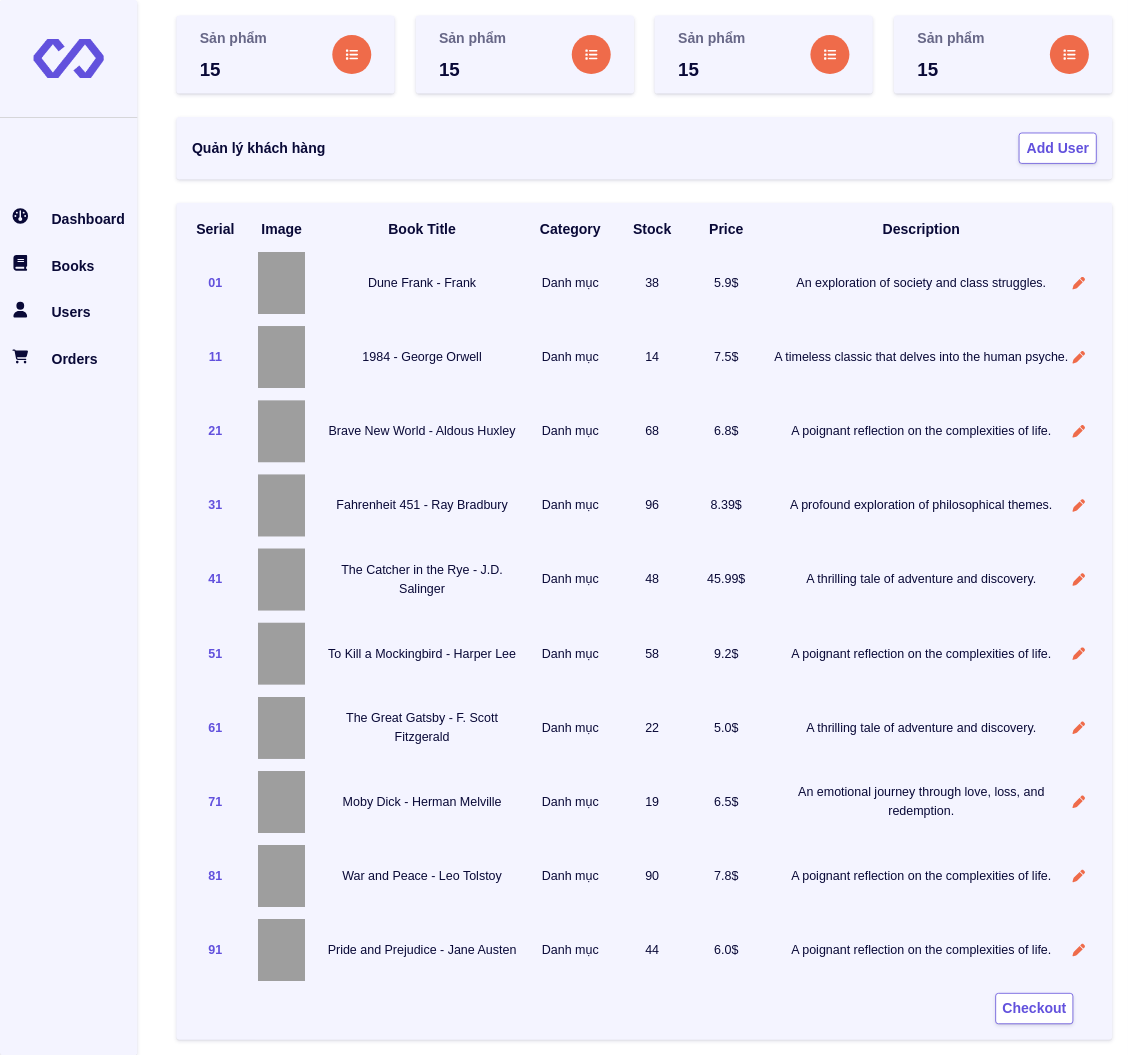
Repository: kauittt/BookStore_FE
Page: / (app in book-store/), after clicking the first element matching `svg.fa-pen`
These files come from the project's save history. The page is drawn as it stood at one moment and after the next save; the edit follows.
The browser window is 1280 px wide. The page is 1446 px wide, so the pictures cover 1446 px, including what lies to the right of the window. The pictures show the whole page, at 78% of full size.
Pictures or frames that could not be fetched are drawn as grey boxes. The project was rebuilt for these pictures with package versions that can differ from the ones it lists, and the page was loaded fresh each time. Also part of the build but not shown: book-store/vite.config.js, book-store/src/components/elements/FormInput.jsx, book-store/src/components/login-signup/Login.jsx, book-store/src/components/book/BookItem.jsx, book-store/src/components/book/BookList.jsx, book-store/src/components/elements/BackNavigation.jsx, book-store/src/components/book/BookDetail.jsx, book-store/src/components/cart/QuantitySelector.jsx and 4 more.

Above is the page before, as saved 2024-07-20 11:45:05.

After the next save:
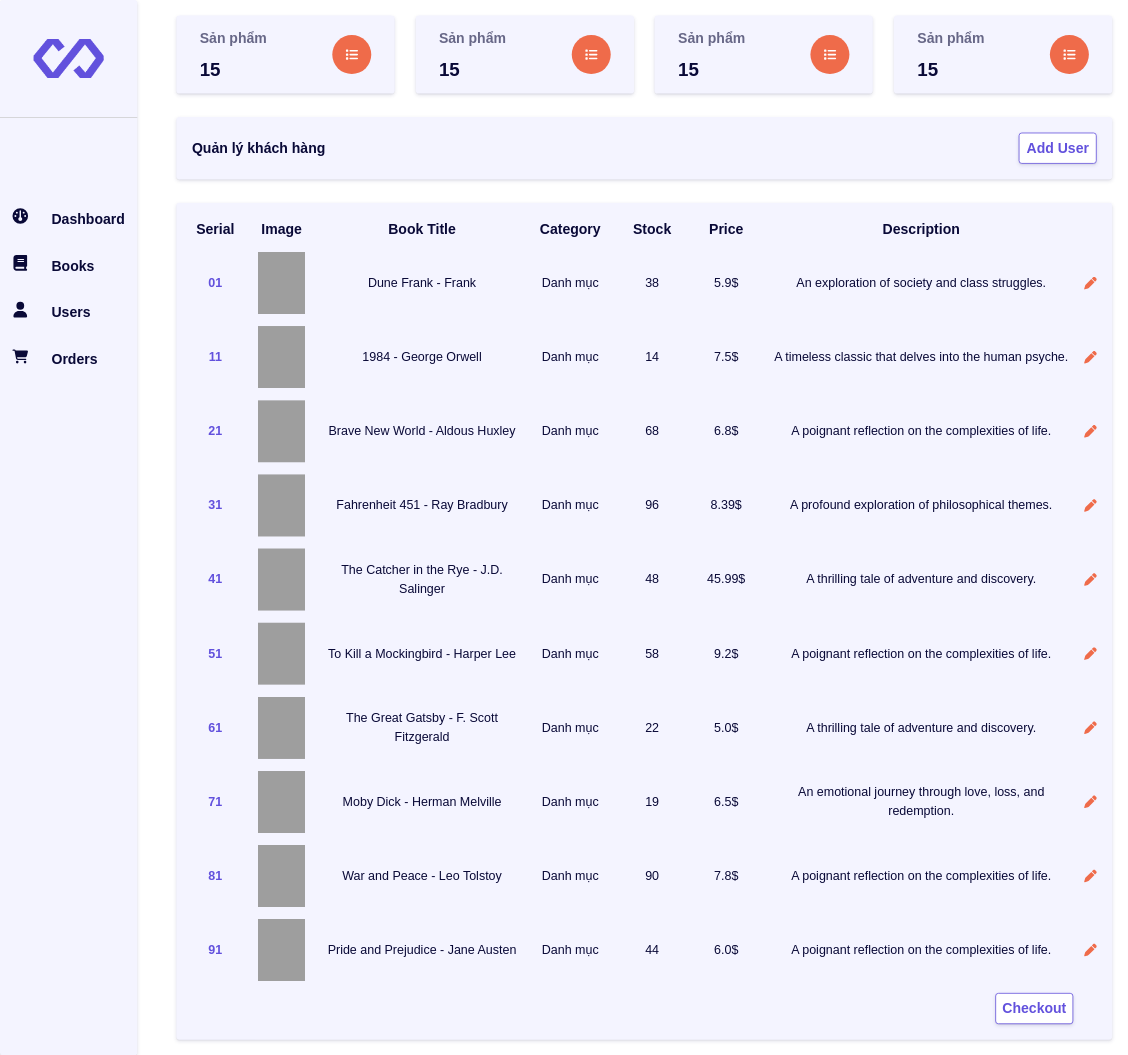
Saved 32 s later.
--- a/book-store/src/components/admin/ManageItem.jsx
+++ b/book-store/src/components/admin/ManageItem.jsx
@@ -53,7 +53,7 @@
                 {props.data.description}
             </p>
             <FontAwesomeIcon
-                className="absolute right-[-25px] p-[10px] rounded cursor-pointer
+                className="absolute right-[-40px] p-[10px] rounded cursor-pointer
                 text-bgr-color
                 transition-all duration-200 ease-in-out
                 hover:bg-bgr-color hover:text-text-white  "
